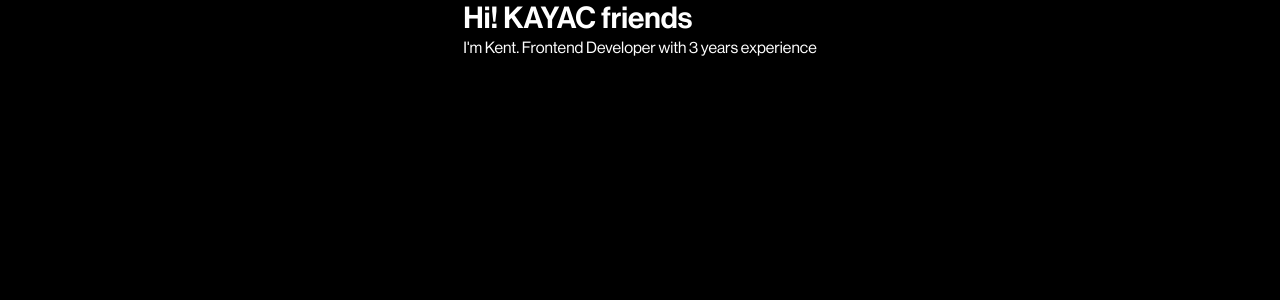
Repository: kentnathaniel/kayac-presentation
Page: /
The author's editor kept a copy of each file at every save. The page is drawn from the files as they stood at one save, then again after the next save.
The browser window is 1280 px wide. The pictures show the whole page.
The project was rebuilt for these pictures with package versions that can differ from the ones it lists, and the page was loaded fresh each time. Also part of the build but not shown: vite.config.ts.

Above is the page before, as saved 2024-09-14 09:02:37.

### src/App.tsx
function App() {
  return (
    <div className="flex flex-col justify-center w-screen min-h-screen">
      <div></div>
      <div className="mx-auto h-screen">
        <h1 className="text-3xl text-left">Hi! KAYAC friends</h1>
        <p className="font-thin">
          I'm Kent. Frontend Developer with 3 years experience
        </p>
      </div>
    </div>
  );
}

export default App;

### src/index.css
@tailwind base;
@tailwind components;
@tailwind utilities;

body {
  background-color: black;
  color: white;
}

/* Thin */
@font-face {
  font-family: "Neue-Haas-Grotesk";
  src: url("./assets/fonts/NeueHaasDisplayRoman.ttf") format("truetype");
  font-weight: 300;
  font-style: normal;
}

@font-face {
  font-family: "Neue-Haas-Grotesk";
  src: url("./assets/fonts/NeueHaasDisplayRomanItalic.ttf") format("truetype");
  font-weight: 300;
  font-style: italic;
}

/* Mediums */
@font-face {
  font-family: "Neue-Haas-Grotesk";
  src: url("./assets/fonts/NeueHaasDisplayMedium.ttf") format("truetype");
  font-weight: 400;
  font-style: normal;
}

@font-face {
  font-family: "Neue-Haas-Grotesk";
  src: url("./assets/fonts/NeueHaasDisplayMediumItalic.ttf") format("truetype");
  font-weight: 400;
  font-style: italic;
}

/* Bolds */
@font-face {
  font-family: "Neue-Haas-Grotesk";
  src: url("./assets/fonts/NeueHaasDisplayBold.ttf") format("truetype");
  font-weight: 700;
  font-style: normal;
}

@font-face {
  font-family: "Neue-Haas-Grotesk";
  src: url("./assets/fonts/NeueHaasDisplayBoldItalic.ttf") format("truetype");
  font-weight: 700;
  font-style: italic;
}

body {
  font-family: "Neue-Haas-Grotesk", Arial, Helvetica, sans-serif;
}

### tailwind.config.ts
/** @type {import('tailwindcss').Config} */
export default {
  content: ["./index.html", "./src/**/*.{js,ts,jsx,tsx}"],
  theme: {
    extend: {
      fontFamily: {
        custom: ["Neue-Haas-Grotesk"],
      },
    },
  },
  plugins: [],
};

Loaded but not shown: index.html (common file); src/main.tsx (common file)

After the next save:
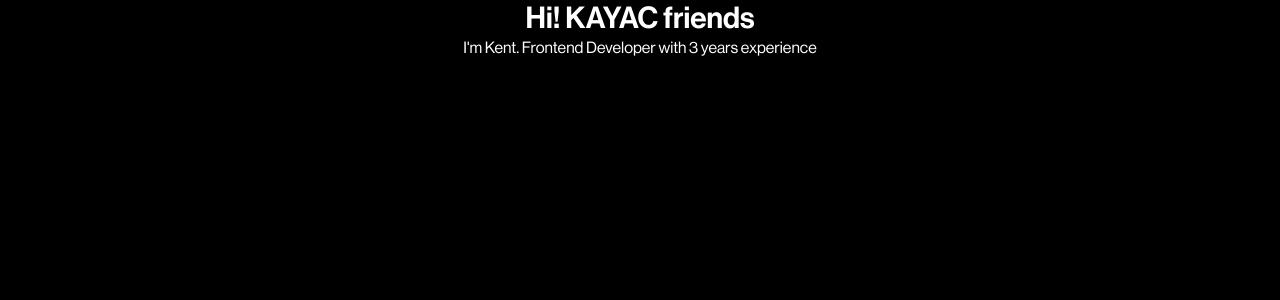
Saved 11 s later.
--- a/src/App.tsx
+++ b/src/App.tsx
@@ -2,7 +2,7 @@
   return (
     <div className="flex flex-col justify-center w-screen min-h-screen">
       <div></div>
-      <div className="mx-auto h-screen">
+      <div className="flex flex-col items-center mx-auto h-screen">
         <h1 className="text-3xl text-left">Hi! KAYAC friends</h1>
         <p className="font-thin">
           I'm Kent. Frontend Developer with 3 years experience
